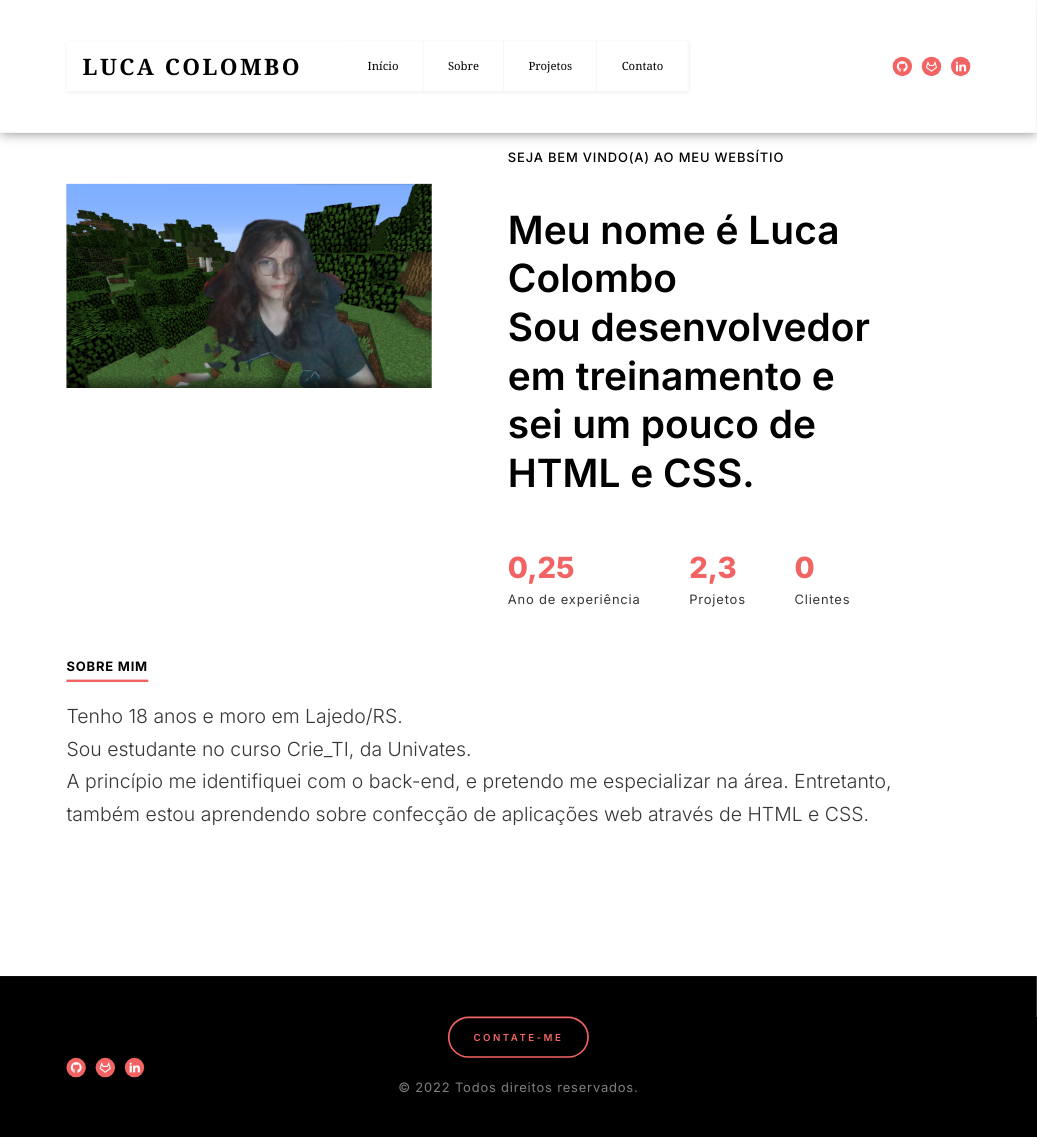
Repository: lxcxcxlxmb/portfolio
Page: index.html
The author's editor kept a copy of each file at every save. The page is drawn from the files as they stood at one save, then again after the next save.
The browser window is 1280 px wide. The pictures show the whole page, at 81% of full size.

Above is the page before, as saved 2022-05-25 13:52:49.

### index.html
<!doctype html>
<html lang="pt-BR">

<head>
  <!-- Required meta tags -->
  <meta charset="utf-8">
  <meta name="viewport" content="width=device-width, initial-scale=1">
  <!-- Google Fots -->
  <link rel="preconnect" href="https://fonts.googleapis.com">
  <link rel="preconnect" href="https://fonts.gstatic.com" crossorigin>
  <link href="https://fonts.googleapis.com/css2?family=Inter:wght@100;200;300;400;500;600;700;800;900&display=swap"
    rel="stylesheet">
  <!-- Remixicon Icon -->
  <link href="https://cdn.jsdelivr.net/npm/remixicon@2.5.0/fonts/remixicon.css" rel="stylesheet">
  <!-- Remixicon Icon -->
  <!-- Bootstrap CSS -->
  <link href="https://cdn.jsdelivr.net/npm/bootstrap@5.0.2/dist/css/bootstrap.min.css" rel="stylesheet"
    integrity="sha384-EVSTQN3/azprG1Anm3QDgpJLIm9Nao0Yz1ztcQTwFspd3yD65VohhpuuCOmLASjC" crossorigin="anonymous">
  <link href="https://unpkg.com/aos@2.3.1/dist/aos.css" rel="stylesheet">
  <!-- Main CSS -->
  <link href="styles.css" rel="stylesheet">
  <link rel="stylesheet" href="reset.css">


  <title>portfolio</title>
</head>

<body>

  <!-- header -->
  <header class="ds-header" id="site-header">
    <div class="container">
      <div class="ds-header-inner">
        <!-- logo -->
        <a href="index.html" class="ds-logo">
          <span>L</span>Luca Colombo
        </a>
        <div class="header">
          <a href="index.html" class="logo">Luca Colombo</a>
          <input class="menu-btn" type="checkbox" id="menu-btn" />
          <label class="menu-icon" for="menu-btn"><span class="navicon"></span></label>
          <ul class="menu">
            <li><a href="index.html">Início</a></li>
            <li><a href="sobre.html">Sobre</a></li>
            <li><a href="projetos.html">Projetos</a></li>
            <li><a href="contato.html">Contato</a></li>
          </ul>
        </div>
        <!-- social -->
        <ul class="ds-social">
          <li><a href="https://github.com/lxcxcxlxmb" target="_blank"><i class="ri-github-fill"></i></a></li>
          <li><a href="https://gitlab.com/lxcxcxlxmbx" target="_blank"><i class="ri-gitlab-line"></i></a></li>
          <li><a href="https://www.linkedin.com/in/luca--colombo/" target="_blank"><i class="ri-linkedin-fill"></i></a>
          </li>
        </ul>
              <!-- social -->
      </div>
    </div>
  </header>
  <!-- header -->
  <!-- banner -->
  <div class="ds-banner">
    <div class="container">
      <div class="row">
        <div class="col-12 col-sm-12 col-md-5 col-lg-5 col-xl-5 col-xxl-5">
          <figure>
            <br>
            <br>
            <br>
            <img src="eu.png">
          </figure>
        </div>
        <div class="col-12 col-sm-12 col-md-7 col-lg-7 col-xl-7 col-xxl-7">
          <section>
            <h1>
              <span>SEJA BEM VINDO(A) AO MEU WEBSÍTIO</span>
              Meu nome é Luca Colombo <br> Sou desenvolvedor em treinamento e sei um pouco de HTML e CSS.
            </h1>
            <ul class="ds-numbervalulist">
              <li>
                <strong>0,25</strong>
                <span>Ano de experiência</span>
              </li>
              <li>
                <strong>2,3</strong>
                <span>Projetos</span>
              </li>
              <li>
                <strong>0</strong>
                <span>Clientes</span>
              </li>
            </ul>
          </section>
        </div>
      </div>
    </div>
  </div>
  <!-- banner -->

  <!-- about -->
  <div class="ds-about-section">
    <div class="container">
      <section>
        <h2 class="ds-heading">Sobre mim</h2>
        <p>Tenho 18 anos e moro em Lajedo/RS.<br> Sou estudante no curso Crie_TI, da Univates.<br> A princípio me identifiquei com o back-end, e pretendo me especializar na área. Entretanto, também estou aprendendo sobre confecção de aplicações web através de HTML e CSS.</p>
      </section>
    </div>
  </div>
  <!-- about -->
  <!--  footer -->
  <footer class="ds-footer text-center">
    <div class="container">
      <section>
        <a href="contato.html" class="ds-button">Contate-me</a>
        <ul class="ds-social">
          <li><a href="https://github.com/lxcxcxlxmb" target="_blank"><i class="ri-github-fill"></i></a></li>
          <li><a href="https://gitlab.com/lxcxcxlxmbx" target="_blank"><i class="ri-gitlab-line"></i></a></li>
          <li><a href="https://www.linkedin.com/in/luca--colombo/" target="_blank"><i class="ri-linkedin-fill"></i></a>
          </li>
        </ul>
      </section>
      <span class="ds-copyright">© 2022 Todos direitos reservados.</span>
    </div>
  </footer>

</body>

</html>

### styles.css
/*
Theme Name: Jason Stroff

  1. >>> Headr Style
  2. >>> Banner Style
  3. >>> About Style
  4. >>> Skills Style
  5. >>> Experience Style
  6. >>> Work Style
  7. >>> Footer Style

*/
/*--------------------------------------------------------------
>>> TABLE OF CONTENTS:
----------------------------------------------------------------*/
html {
	font-family: 'Inter', sans-serif;
	background-color: #FFF
}

body {
	font-family: 'Inter', sans-serif;
	overflow-x: hidden;
	background-color: #FFF;
	font-weight: 400;
	font-style: normal;
	color: #373737;
	font-size: 14px
}

a,
a:hover,
a:focus,
i,
input,
button,
input:focus,
.transition {
	text-decoration: none;
	outline: none;
	transition-delay: 0s;
	transition-duration: 0.4s;
	transition-property: all;
	transition-timing-function: ease;
	box-shadow: none;
}

a {
	color: #000
}

iframe {
	border: 0;
	outline: none;
}

::-moz-selection {
	background: #000;
	text-shadow: none;
	color: #FFF
}

::selection {
	background: #000;
	text-shadow: none;
	color: #FFF
}

img {
	max-width: 100%;
	border: none;
	outline: none;
	height: auto;
}

input,
textarea {
	border-radius: 0;
	resize: none;
}

ul {
	padding: 0;
	margin: 0;
}

@font-face {
	font-family: 'Inter', sans-serif;
}

input:-webkit-autofill,
textarea:-webkit-autofill,
select:-webkit-autofill {
	background-color: transparent;
	background-image: none;
	color: #000;
}

/* 1.2 Typography */
h1,
h2,
h3,
h4,
h5,
h6 {
	font-family: 'Inter', sans-serif;
}

figure {
	margin: 0
}

svg,
img {
	max-width: 100%;
	height: auto;
}

/*-----------------------------------------------------------------
  1. >>> Headr Style
----------------------------------------------------------------*/
.ds-header {
	position: relative;
	top: 0;
	width: 100%;
	z-index: 5;
	background-color: #FFF;
	padding: 70px 0;
	transition-delay: 0s;
	transition-duration: 0.4s;
	transition-property: all;
	transition-timing-function: ease;
	box-shadow: 0 0 1em #858585;
	display: flex;
	align-items: center;
	justify-content: space-between;
}

.ds-header.ds-fixed-header {
	padding: 20px 0;
	box-shadow: 0px 0px 20px rgba(0, 0, 0, 0.25);
}

.ds-header-inner {
	display: flex;
	justify-content: space-between;
	align-items: center;
}

.logo {
	font-family:Georgia, 'Times New Roman', Times, serif;
	text-transform: uppercase;
	font-weight: bold;
	font-size: 18px;
	letter-spacing: 3px;
	color: #000;
	display: flex;
	align-items: center;
	flex-wrap: nowrap;
}

.logo span {
	display: flex;
	align-items: center;
	justify-content: center;
	width: 40px;
	height: 40px;
	background-color: #000;
	border-radius: 4px;
	color: #FFF;
	font-size: 22px;
	font-weight: 600;
	text-align: center;
}

.logo:hover {
	color: #F26464;
}

.ds-social {
	list-style: none;
	display: flex;
	align-items: center;
	flex-wrap: wrap;
}

.ds-social li {
	margin-left: 12px;
}

.ds-social li:first-child {
	margin-left: 0;
}

.ds-social li a {
	border-radius: 100%;
	color: #FFF;
	width: 24px;
	height: 24px;
	background-color: #F26464;
	display: flex;
	justify-content: center;
	align-items: center;
	text-align: center;
	font-size: 16px;
}

.ds-social li a:hover {
	background-color: #000;
	color: #FFF;
}

/*.ds-navbar {
	display: inline-block;
	color: #373737;
	font-size: 16px;
	padding: 10px 20px;
	background-color: #FFF;
	margin-right: 15px;
	margin-bottom: 15px;
	margin-top: 15px;
	font-weight: 500;
}*/

.activ {
	color: #fff;
	background-color: #FF0077;
}

.inactiv {
	color: #494949;
}

.inactiv:hover {
	color: #FF0077;
}

.header {
	background-color: #fff;
	box-shadow: 1px 1px 4px 0 rgba(0,0,0,.1);
	position: absolute;
	align-items: center;
	vertical-align: middle;
	width: 60%;
	z-index: 3;
  }

  .header ul {
	margin: 0;
	padding: 0;
	font-family:Georgia, 'Times New Roman', Times, serif;
	list-style: none;
	overflow: hidden;
	background-color: #fff;
  }

  .header li a {
	display: block;
	padding: 20px 20px;
	border-right: 1px solid #f4f4f4;
	text-decoration: none;
  }

  .header li a:hover,
  .header .menu-btn:hover {
	background-color: #f4f4f4;
	color: #F26464;
  }

  .header .logo {
	display: block;
	float: left;
	font-size: 2em;
	padding: 10px 20px;
	text-decoration: none;
  }

  /* menu */

  .header .menu {
	clear: both;
	max-height: 0;
	transition: max-height .2s ease-out;
  }

  /* menu icon */

  .header .menu-icon {
	cursor: pointer;
	display: inline-block;
	float: right;
	padding: 28px 20px;
	position: relative;
	user-select: none;
  }

  .header .menu-icon .navicon {
	background: #333;
	display: block;
	height: 2px;
	position: relative;
	transition: background .2s ease-out;
	width: 18px;
  }

  .header .menu-icon .navicon:before,
  .header .menu-icon .navicon:after {
	background: #333;
	content: '';
	display: block;
	height: 100%;
	position: absolute;
	transition: all .2s ease-out;
	width: 100%;
  }

  .header .menu-icon .navicon:before {
	top: 5px;
  }

  .header .menu-icon .navicon:after {
	top: -5px;
  }

  /* menu btn */

  .header .menu-btn {
	display: none;
  }

  .header .menu-btn:checked ~ .menu {
	max-height: 240px;
  }

  .header .menu-btn:checked ~ .menu-icon .navicon {
	background: transparent;
  }

  .header .menu-btn:checked ~ .menu-icon .navicon:before {
	transform: rotate(-45deg);
  }

  .header .menu-btn:checked ~ .menu-icon .navicon:after {
	transform: rotate(45deg);
  }

  .header .menu-btn:checked ~ .menu-icon:not(.steps) .navicon:before,
  .header .menu-btn:checked ~ .menu-icon:not(.steps) .navicon:after {
	top: 0;
  }

  /* 48em = 768px */

  @media (min-width: 48em) {
	.header li {
	  float: left;
	}
	.header li a {
	  padding: 20px 30px;
	}
	.header .menu {
	  clear: none;
	  float: right;
	  max-height: none;
	}
	.header .menu-icon {
	  display: none;
	}
  }

/*-----------------------------------------------------------------
  2. >>> Banner Style
----------------------------------------------------------------*/
.ds-banner section {
	padding-left: 70px;
	padding-right: 100px;
}

.ds-banner section h1 span {
	display: block;
	text-transform: uppercase;
	letter-spacing: 1px;
	font-weight: 500;
	font-size: 16px;
	padding-bottom: 30px;
}

.ds-banner section h1 {
	font-weight: 600;
	font-size: 48px;
	line-height: 60px;
	color: #000;
}

.ds-numbervalulist {
	list-style: none;
	display: flex;
	align-items: center;
	flex-wrap: wrap;
	margin: 0;
	padding: 0;
	margin-top: 60px;
}

.ds-numbervalulist li {
	margin-right: 60px;
}

.ds-numbervalulist li:last-child {
	margin-right: 0;
}

.ds-numbervalulist strong {
	display: block;
	color: #F26464;
	font-size: 36px;
	font-weight: 800;
}

.ds-numbervalulist span {
	font-size: 16px;
	letter-spacing: 1px;
}

/*-----------------------------------------------------------------
  3. >>> About Style
----------------------------------------------------------------*/
.ds-about-section {
	padding-top: 60px;
	padding-bottom: 120px;
}

.ds-heading {
	display: inline-block;
	font-weight: 700;
	color: #000;
	text-transform: uppercase;
	letter-spacing: 1px;
	font-size: 16px;
	border-bottom: 3px solid #F26464;
	padding-bottom: 7px;
	margin-bottom: 23px;
}

.ds-about-section p {
	color: #373737;
	font-size: 24px;
	line-height: 40px;
	font-weight: 300;
	margin-bottom: 60px;
}

.ds-button {
	display: inline-block;
	text-transform: uppercase;
	font-size: 12px;
	line-height: 13px;
	font-weight: 600;
	letter-spacing: 3px;
	color: #F26464;
	padding: 17px 30px;
	border: 2px solid #F26464;
	border-radius: 60px;
}

.ds-button:hover {
	background-color: #F26464;
	color: #FFF;
}

.ds-arrow-button i {
	display: inline-block;
	vertical-align: middle;
}

/*-----------------------------------------------------------------
  4. >>> Skills Style
----------------------------------------------------------------*/
.ds-skills-section {
	padding-bottom: 105px;
}

.ds-skills-list {
	list-style: none;
	padding: 0;
	margin: 0;
	display: flex;
	flex-wrap: wrap;
	align-items: center;
	margin-top: 11px;
}

.ds-skills-list li {
	display: inline-block;
	color: #373737;
	font-size: 16px;
	padding: 10px 20px;
	background-color: #FFF;
	border: 1px solid #D7D7D7;
	border-radius: 27px;
	margin-right: 15px;
	margin-bottom: 15px;
	font-weight: 500;
}

/*-----------------------------------------------------------------
  5. >>> Experience Style
----------------------------------------------------------------*/
.ds-experience-section {
	padding-bottom: 120px;
}

.ds-experience-list section {
	padding-right: 70px;
}

.ds-experience-list {
	padding-top: 15px;
}

.ds-officename {
	font-size: 24px;
	font-weight: 300;
	margin-bottom: 10px;
}

.ds-experience-list span {
	display: block;
}

span.ds-year {
	color: #373737;
	font-size: 14px;
	font-weight: 700;
	padding-bottom: 10px;
}

span.ds-department {
	color: #373737;
	font-weight: 500;
	font-size: 18px;
	padding-bottom: 30px;
}

.ds-experience-list p {
	font-size: 16px;
	line-height: 24px;
	font-weight: 300;
}

.ds-experience-list ul {
	list-style: none;
	padding: 0;
	margin: 0;
	padding-top: 10px;
}

.ds-experience-list ul li {
	font-size: 16px;
	line-height: 24px;
	font-weight: 300;
	padding-left: 28px;
	position: relative;
	margin-bottom: 20px;
}

.ds-experience-list ul li:before {
	content: "";
	position: absolute;
	left: 0;
	top: 10px;
	border-radius: 100%;
	width: 8px;
	height: 8px;
	background-color: #373737;
}

/*-----------------------------------------------------------------
  6. >>> Work Style
----------------------------------------------------------------*/
.ds-work-section {
	padding-bottom: 80px;
}

.ds-work-list {
	padding-left: 70px;
	padding-top: 40px;
	padding-right: 70px;
	background-color: #F6F8FA;
	margin-bottom: 40px;
}

.ds-work-list section {
	padding-top: 20px;
	padding-right: 120px;
}

.ds-work-tilte {
	color: #000;
	font-size: 30px;
	line-height: 36px;
	font-weight: 600;
	margin-bottom: 30px;
}

.ds-work-list p {
	font-weight: 300;
	font-size: 18px;
	line-height: 30px;
}

.ds-work-list .ds-button {
	margin-top: 20px;
}

.ds-work-det-hed {
	padding-top: 42px;
	padding-bottom: 80px;
}

.ds-work-det-title {
	font-weight: 600;
	color: #000;
	font-size: 48px;
	margin-bottom: 20px;
}

.ds-work-det-dep {
	display: block;
	font-weight: 600;
	color: #000;
	font-size: 18px;
}

.ds-work-content-sec {
	padding: 100px 0;
}

.ds-work-content-sec p {
	font-size: 18px;
	line-height: 36px;
	margin-bottom: 30px;
}

.ds-work-content-sec h2 {
	font-size: 30px;
	font-weight: 700;
	margin-bottom: 30px;
}

.ds-work-content-sec ul {
	list-style: none;
	padding: 0;
	margin: 0;
}

.ds-work-content-sec li {
	font-size: 18px;
	line-height: 36px;
	padding-left: 28px;
	position: relative;
	margin-bottom: 20px;
}

.ds-work-content-sec li:before {
	content: "";
	position: absolute;
	left: 0;
	top: 13px;
	border-radius: 100%;
	width: 8px;
	height: 8px;
	background-color: #373737;
}

/*-----------------------------------------------------------------
  7. >>> Footer Style
----------------------------------------------------------------*/
.ds-footer {
	background-color: #000;
	padding: 50px 0;
}

.ds-footer section {
	padding-bottom: 0px;
}

.ds-footer section span {
	color: rgba(255, 255, 255, 0.5);
	text-transform: uppercase;
	font-weight: 700;
	font-size: 16px;
	letter-spacing: 1px;
	display: block;
	padding-bottom: 20px;
}

.ds-footer section h4 {
	color: #FFF;
	font-size: 48px;
	font-weight: 700;
}

.ds-footer section p {
	letter-spacing: 1.13px;
	color: #FFF;
	font-size: 18px;
	margin-bottom: 40px;
}

.ds-copyright {
	color: rgba(255, 255, 255, 0.5);
	letter-spacing: 1px;
	font-size: 16px;
}

.ds-copyright a {
	color: rgba(255, 255, 255, 0.5);
}

.ds-copyright a:hover {
	color: #F26464;
}



/*-------------------------------------------------------------------------------
 Responsive XS Style @media (max-width: 767px)
-------------------------------------------------------------------------------*/
@media (max-width: 768px) {

	.ds-header,
	.ds-header.ds-fixed-header {
		padding: 15px 0;
	}

	.ds-banner,
	.ds-about-section,
	.ds-skills-section,
	.ds-experience-section,
	.ds-work-section,
	.ds-work-details-section {
		padding-left: 10px;
		padding-right: 10px;
	}

	/*.ds-logo {
		font-size: 0;
	}*/

	.ds-banner figure {
		padding: 30px 0;
	}

	.ds-banner section {
		padding-left: 0;
		padding-right: 0;
	}

	.ds-banner section h1 span {
		padding-bottom: 0;
	}

	.ds-banner section h1,
	.ds-work-det-title {
		font-size: 30px;
		line-height: 40px;
	}

	.ds-numbervalulist {
		margin-top: 20px;
	}

	.ds-numbervalulist li {
		margin-right: 30px;
	}

	.ds-numbervalulist strong {
		font-size: 30px;
	}

	.ds-numbervalulist span {
		font-size: 14px;
	}

	.ds-about-section {
		padding-bottom: 60px;
	}

	.ds-about-section p,
	.ds-work-content-sec p,
	.ds-work-content-sec li {
		font-size: 15px;
		line-height: 30px;
		margin-bottom: 30px;
	}

	.ds-skills-list li {
		margin-right: 10px;
		margin-bottom: 10px;
		font-size: 14px;
	}

	.ds-skills-section .col-12,
	.ds-experience-list .col-12 {
		margin-bottom: 40px;
	}

	.ds-skills-section,
	.ds-work-section,
	.ds-experience-section {
		padding-bottom: 0;
	}

	.ds-experience-list section {
		padding-right: 0;
	}

	.ds-work-list {
		padding: 30px;
	}

	.ds-work-list p {
		font-size: 15px;
		line-height: 30px;
	}

	.ds-footer {
		padding: 60px 10px;
	}

	.ds-footer section h4 {
		font-size: 40px;
	}

	.ds-copyright {
		font-size: 14px;
	}

	.ds-footer section {
		padding-bottom: 30px;
	}

	.ds-button {
		padding: 11px 10px;
	}

	.ds-work-details-section {
		padding-top: 30px;
	}

	.ds-work-det-title {
		margin-bottom: 7px;
	}

	.ds-work-content-sec h2 {
		font-size: 20px;
	}

	.ds-work-content-sec {
		padding: 30px 0;
	}

	.ds-work-list section {
		padding-right: 0;
		padding-bottom: 30px;
	}
}


@media (min-width: 768px) and (max-width: 991px) {
	.ds-work-list section {
		padding-right: 30px;
	}

}

@media (min-width: 992px) and (max-width: 1199px) {
	.ds-banner section {
		padding-right: 0;
	}

	.ds-work-list section {
		padding-right: 30px;
		padding-bottom: 60px;
	}


}

### reset.css
/*
html, body, div, span, applet, object, iframe,
h1, h2, h3, h4, h5, h6, p, blockquote, pre,
a, abbr, acronym, address, big, cite, code,
del, dfn, em, img, ins, kbd, q, s, samp,
small, strike, strong, sub, sup, tt, var,
b, u, i, center,
dl, dt, dd, ol, ul, li,
fieldset, form, label, legend,
table, caption, tbody, tfoot, thead, tr, th, td,
article, aside, canvas, details, embed,
figure, figcaption, footer, header, hgroup,
menu, nav, output, ruby, section, summary,
time, mark, audio, video {
	margin: 0;
	padding: 0;
	border: 0;
	font-size: 100%;
	font: inherit;
	vertical-align: baseline;
}
/* HTML5 display-role reset for older browsers */
/*
article, aside, details, figcaption, figure,
footer, header, hgroup, menu, nav, section {
	display: block;
}
body {
	line-height: 1;
}
ol, ul {
	list-style: none;
}
blockquote, q {
	quotes: none;
}
blockquote:before, blockquote:after,
q:before, q:after {
	content: '';
	content: none;
}
table {
	border-collapse: collapse;
	border-spacing: 0;
}*/

After the next save:
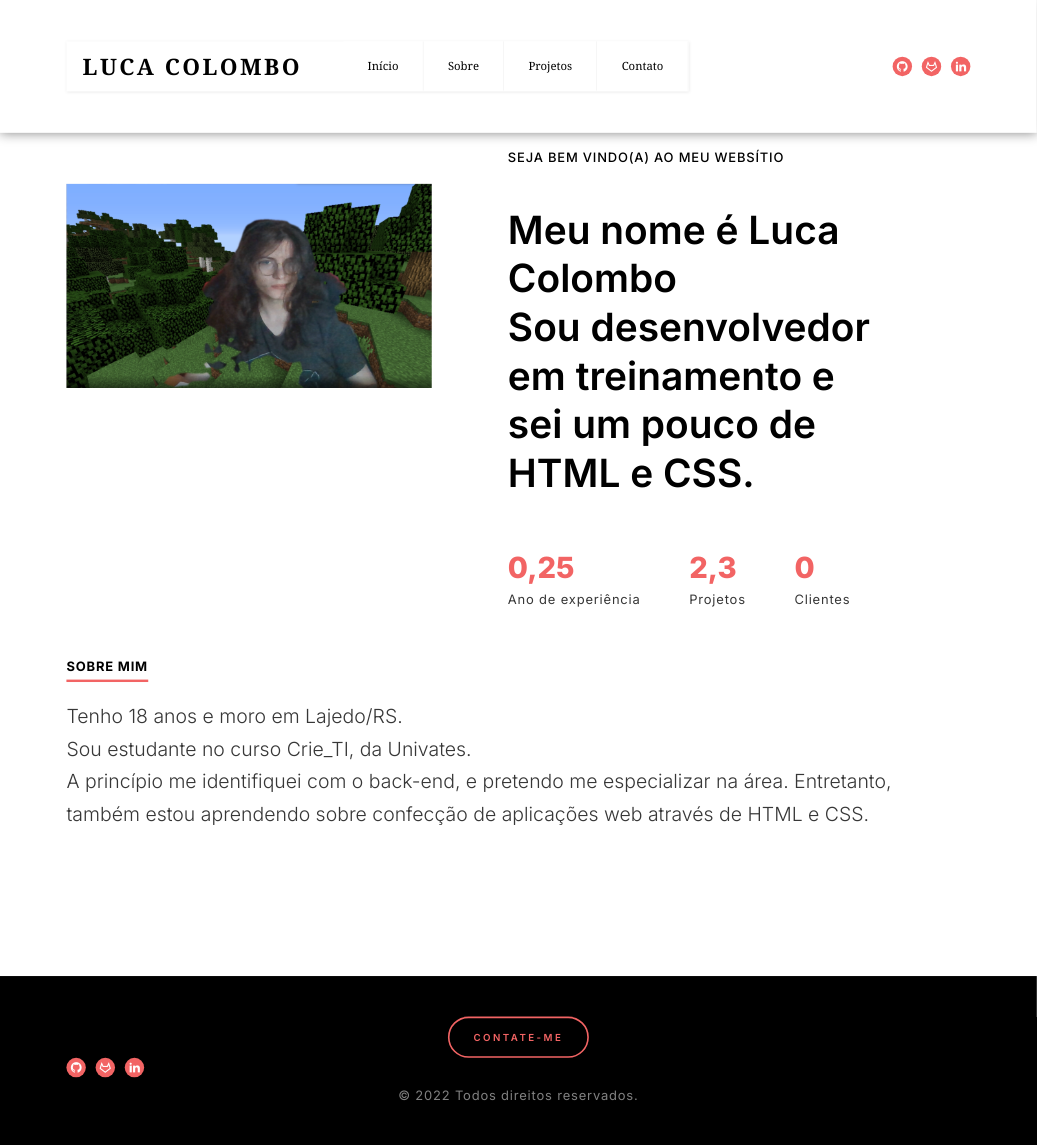
Saved 105 s later.
--- a/styles.css
+++ b/styles.css
@@ -682,7 +682,7 @@ span.ds-department {
 }
 
 .ds-footer section {
-	padding-bottom: 0px;
+	padding-bottom: 10px;
 }
 
 .ds-footer section span {
